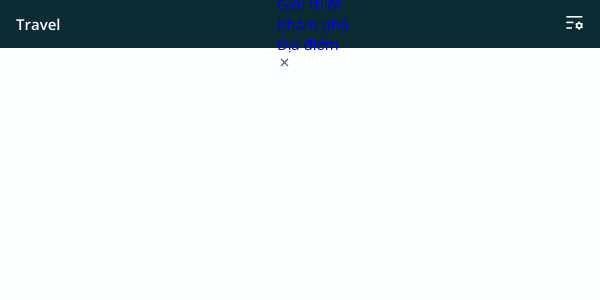
Repository: haokiet2501/travel-demo
Page: index.html
These files come from the project's save history. The page is drawn as it stood at one moment and after a run of saves; the edit follows.
The browser window is 600 px wide. The pictures show the whole page.

Above is the page before, as saved 2021-09-21 10:07:02.

After the next 5 saves:
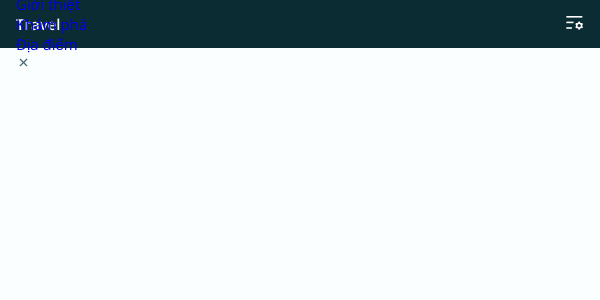
The 5 saves are shown as one change because they came seconds apart.
The last was saved 21 s later.
--- a/css/style.css
+++ b/css/style.css
@@ -179,4 +179,9 @@ input {
     position: relative;
 }
 
-@media screen and
+@media screen and (max-width: 767px) {
+    .nav__menu {
+        position: fixed;
+        background-color: ;
+    }
+}
